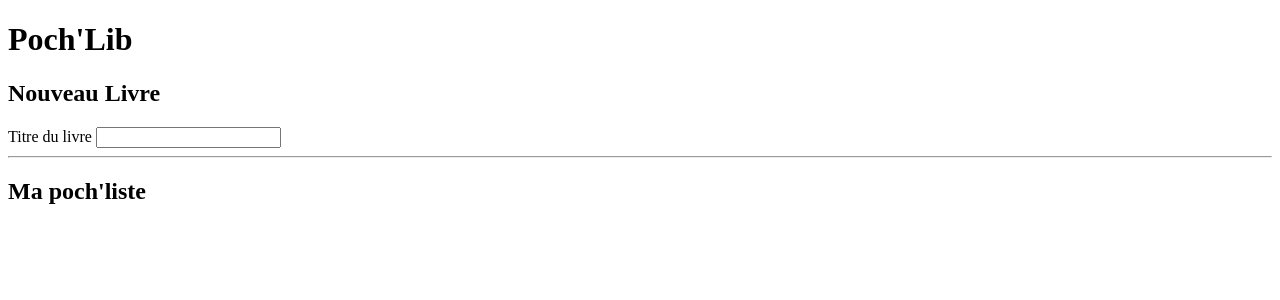
Repository: Cadigrace/pochlib
Page: index.html
An editor plug-in stored every save of this project. The page is shown before and after the next save, followed by the edit.
The browser window is 1280 px wide. The pictures show the whole page.
After loading, the first visible `#addButton` was clicked once.

Above is the page before, as saved 2023-03-11 09:50:54.

After the next save:
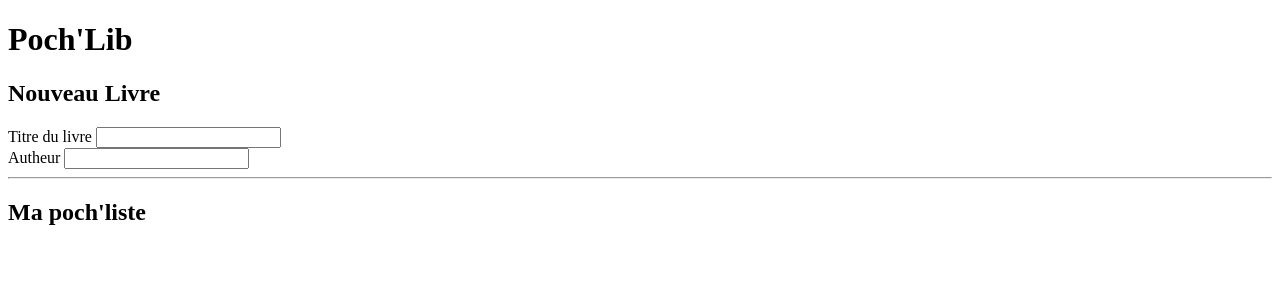
Saved 39 s later.
--- a/js/application.js
+++ b/js/application.js
@@ -14,6 +14,10 @@ function showSearchForm() {
       <label for="title">Titre du livre</label> \
       <input type="text" name="title"> \
     </div> \
+    <div> \
+      <label for="author">Autheur</label> \
+      <input type="text" name="title"> \
+    </div> \
   ')
   $('.h2').after(form);
 }
